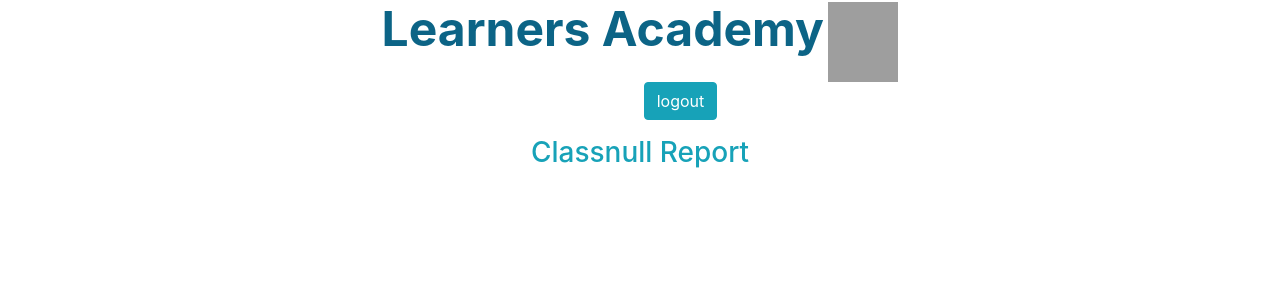
Repository: sindurup/Phase2Project
Page: http://localhost/LearnersAcademyPro/classReport.jsp
These files come from the project's save history. The page is drawn as it stood at one moment and after the next save; the edit follows.
The browser window is 1280 px wide. The pictures show the whole page.
Pictures or frames that could not be fetched are drawn as grey boxes. Some web libraries are served in a nearby version. The page is served by Tomcat 9.

Above is the page before, as saved 2021-09-29 04:01:54.
Console error: TypeError: Cannot read properties of undefined (reading 'fn')

After the next save:
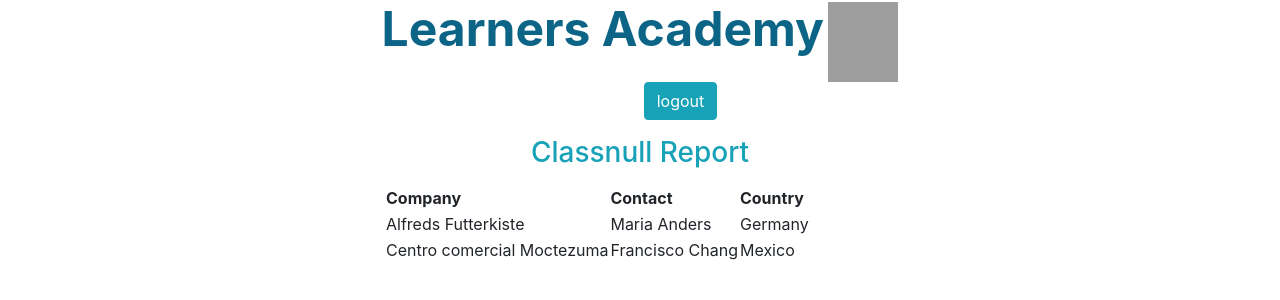
Saved 2 min 11 s later.
--- a/LearnersAcademyPro/src/main/webapp/classReport.jsp
+++ b/LearnersAcademyPro/src/main/webapp/classReport.jsp
@@ -35,6 +35,25 @@
                             <h3 class="text-center text-info"></h3>
                             <div class="form-group">
 
+
+                             <table>
+  <tr>
+    <th>Company</th>
+    <th>Contact</th>
+    <th>Country</th>
+  </tr>
+  <tr>
+    <td>Alfreds Futterkiste</td>
+    <td>Maria Anders</td>
+    <td>Germany</td>
+  </tr>
+  <tr>
+    <td>Centro comercial Moctezuma</td>
+    <td>Francisco Chang</td>
+    <td>Mexico</td>
+  </tr>
+</table>
+
                             </div>
 
                             <div class="form-group">
